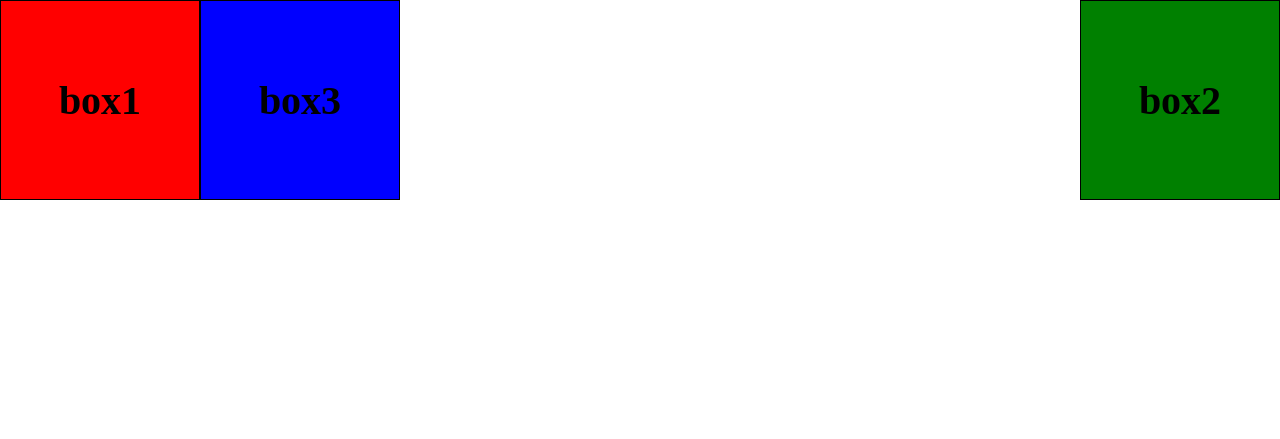
Repository: gwonjunsu95/html5
Page: html5/WebContent/day0301.html
An editor plug-in stored every save of this project. The page is shown before and after the next save, followed by the edit.
The browser window is 1280 px wide. The pictures show the whole page.

Above is the page before, as saved 2020-04-20 03:52:04.

After the next save:
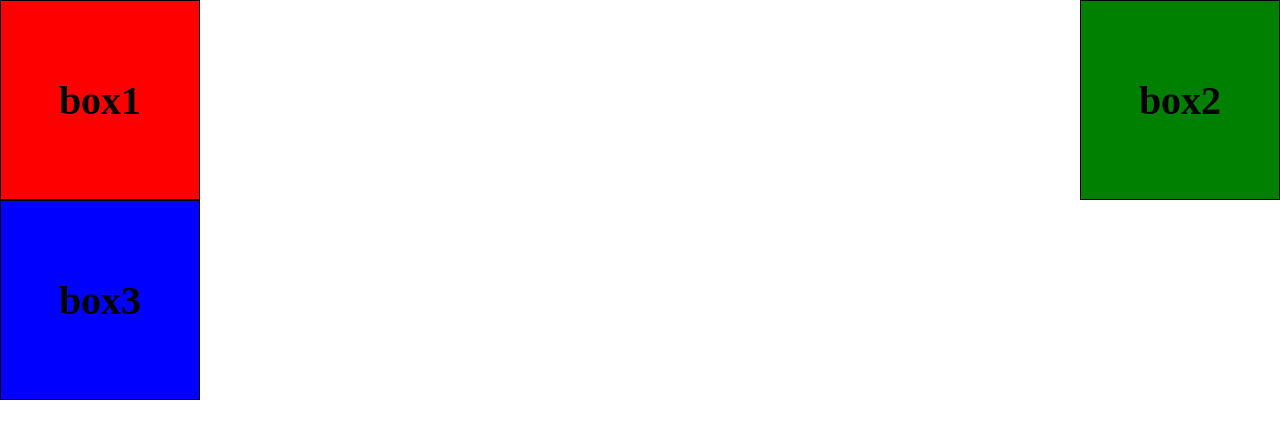
Saved 93 s later.
--- a/html5/WebContent/day0301.html
+++ b/html5/WebContent/day0301.html
@@ -34,7 +34,7 @@
 
 		#box3{
 			background: blue;
-			float: left;
+			clear: both;
 		}
 	</style>
 </head>
